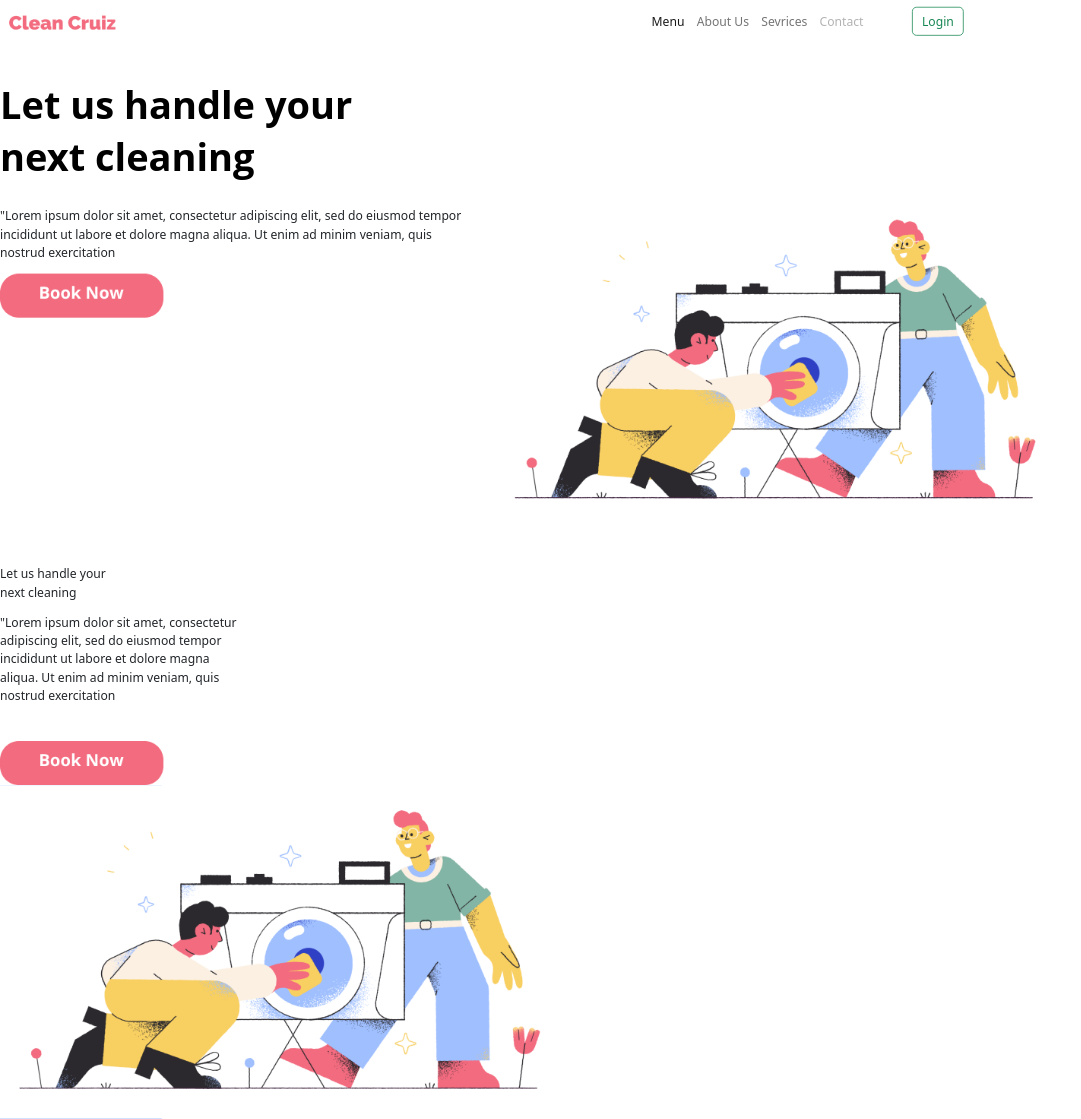
Repository: uy022/QuocUybaitapgiuaki
Page: index.html
The author's editor kept a copy of each file at every save. The page is drawn from the files as they stood at one save, then again after the next save.
The browser window is 1280 px wide. The page is 1423 px wide, so the pictures cover 1423 px, including what lies to the right of the window. The pictures show the whole page, at 76% of full size.

Above is the page before, as saved 2022-08-30 23:16:07.

After the next save:
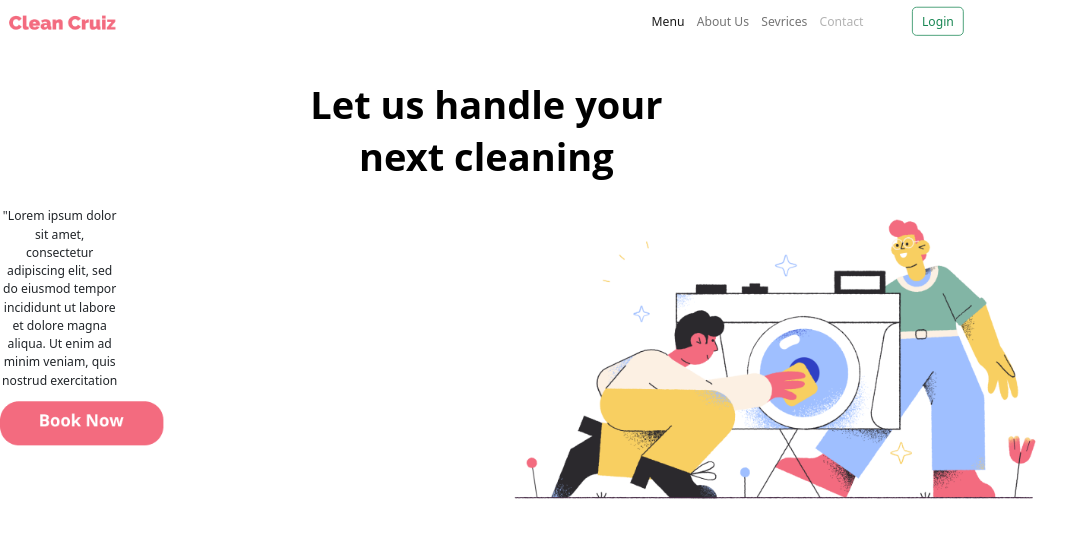
Saved 56 s later.
--- a/index.html
+++ b/index.html
@@ -40,14 +40,14 @@
         </div>
 
 
-        <div class="content2">
+        <div class="content">
           <div class=" container1">
               <div class="title mt-5">
                 <p>Let us handle your <br> next cleaning</p>
               </div>
               <div class="row">
                   <div class="col-6">
-                      <div class="item mt-3">
+                      <div class="item col-3 mt-3">
                           <p>
                             "Lorem ipsum dolor sit amet, consectetur adipiscing elit, sed do eiusmod tempor incididunt ut labore et dolore magna aliqua. Ut enim ad minim veniam, quis nostrud exercitation
                           </p>
@@ -67,25 +67,6 @@
         </div>
 
 
-        <div class="">
-
-
-        <div class="col-6 mt-5 let ">
-          <p>Let us handle your <br> next cleaning</p>
-        </div>
-
-        <div class="col-3 ">
-          "Lorem ipsum dolor sit amet, consectetur adipiscing elit, sed do eiusmod tempor incididunt ut labore et dolore magna aliqua. Ut enim ad minim veniam, quis nostrud exercitation
-        </div>
-
-        <div class="col-3 mt-5">
-          <img src="./imgs/Book now.png" alt="">
-        </div>
-
-        <div class="col-md-2 col-sm-6 bg-primary">
-          <img src="./imgs/Illustration 1 1.png" alt="">
-        </div>
-      </div>
 
 
     </body>
